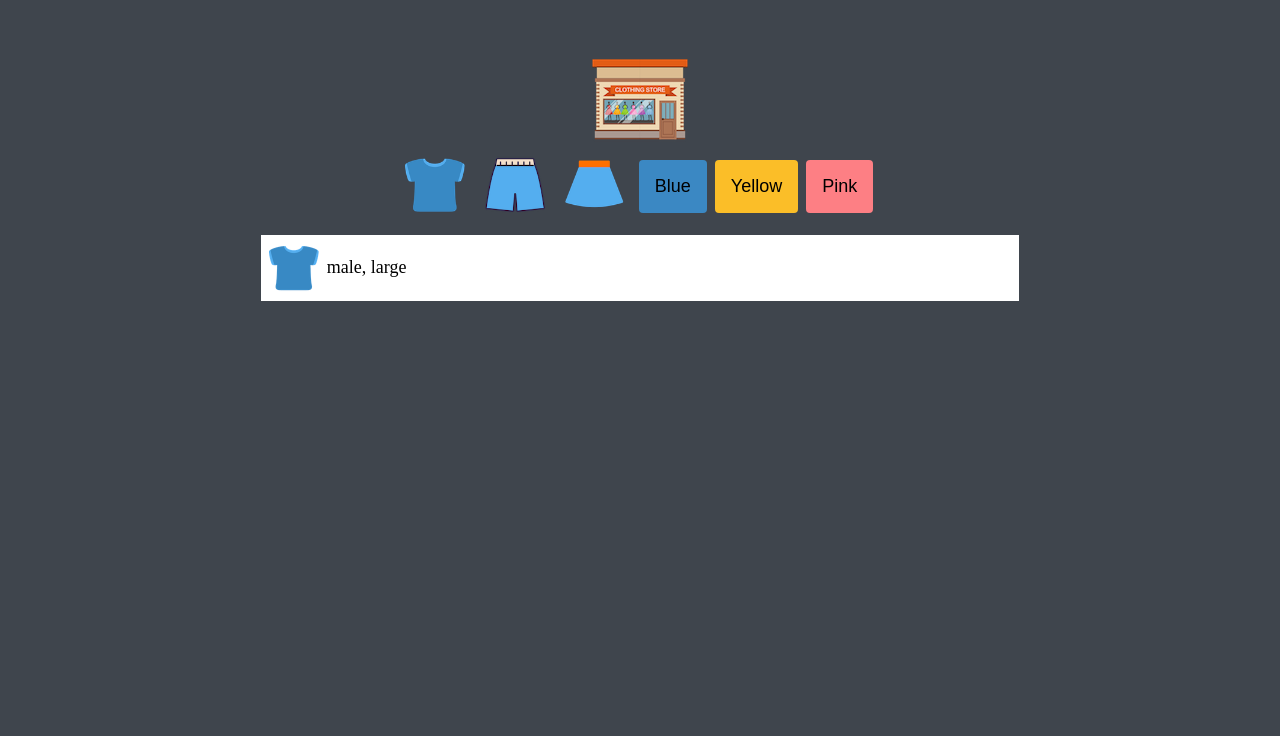
Repository: GoodHoneyCake/Dream_Coding_Academy1
Page: index.html
The author's editor kept a copy of each file at every save. The page is drawn from the files as they stood at one save, then again after the next save.
The browser window is 1280 px wide. The pictures show the whole page.

Above is the page before, as saved 2021-01-06 17:45:54.

### index.html
<!DOCTYPE html>
<html lang="en">
  <head>
    <meta charset="UTF-8" />
    <meta name="viewport" content="width=device-width, initial-scale=1.0" />
    <title>Online Shopping</title>
    <link rel="stylesheet" href="style.css" />
    <script src="src/main.js" defer></script>
  </head>
  <body>
    <!-- Logo -->
    <img src="img/logo.png" alt="Logo" class="logo" />
    <!-- Buttons -->
    <section class="buttons">
      <button class="btn">
        <img src="img/blue_t.png" alt="tshirt" class="imgBtn" />
      </button>
      <button class="btn">
        <img src="img/blue_p.png" alt="pants" class="imgBtn" />
      </button>
      <button class="btn">
        <img src="img/blue_s.png" alt="skirt" class="imgBtn" />
      </button>
      <button class="btn colorBtn blue">Blue</button>
      <button class="btn colorBtn yellow">Yellow</button>
      <button class="btn colorBtn pink">Pink</button>
    </section>
    <!-- Items -->
    <ul class="items">
      <li class="item">
        <img src="img/blue_t.png" alt="tshirt" class="item__thumbnail" />
        <span class="item__description">male, large</span>
      </li>
    </ul>
  </body>
</html>

### style.css
:root {
  /* color */
  --color-black: #3f454d;
  --color-white: #ffffff;
  --color-blue: #3b88c3;
  --color-yellow: #fbbe28;
  --color-pink: #fd7f84;
  --color-light-grey: #dfdfdf;

  /* size */
  --base-space: 8px;
  --size-button: 60px;
  --size-border: 4px;
  --size-thumbnail: 50px;
  --font-size: 18px;

  /* animation */
  --animation-duration: 300ms;
}

* {
  box-sizing: border-box;
}

body {
  height: 100vh;
  background-color: var(--color-black);
  display: flex;
  flex-direction: column;
  justify-content: center;
  align-items: center;
}

.logo {
  cursor: pointer;
  transition: transform var(--animation-duration) ease;
}

.btn {
  background-color: transparent;
  border: none;
  outline: none;
  cursor: pointer;
  transition: transform var(--animation-duration) ease;
  margin-right: var(--base-space);
}

.logo:hover,
.btn:hover {
  transform: scale(1.1);
}

.buttons {
  display: flex;
  align-items: center;
}

.imgBtn {
  width: var(--size-button);
  height: var(--size-button);
}

.colorBtn {
  font-size: var(--font-size);
  padding: calc(var(--base-space) * 2);
  border-radius: var(--size-border);
}

.blue {
  background-color: var(--color-blue);
}
.yellow {
  background-color: var(--color-yellow);
}
.pink {
  background-color: var(--color-pink);
}

.items {
  width: 60%;
  height: 60%;
  list-style: none;
  padding-left: 0;
  overflow-y: scroll;
}

.item {
  background-color: var(--color-white);
  display: flex;
  align-items: center;
  padding: var(--base-space);
  margin-bottom: var(--base-space);
}

.item__thumbnail {
  width: var(--size-thumbnail);
  height: var(--size-thumbnail);
}

.item__description {
  margin-left: var(--base-space);
  font-size: var(--font-size);
}

### src/main.js
// Fetch the items from the JSON file
function loadItems() {
  return fetch("data/data.json")
    .then((response) => response.json())
    .then((json) => json.items);
}

function displayItems(items) {
  const ul = document.querySelector("ul");
  const li = document.createElement("li");
}

// main
loadItems()
  .then((items) => {
    console.log(items);
    displayItems(items);
    // setEventListeners(items);
  })
  .catch(console.log);

### data/data.json
{
  "items": [
    {
      "type": "tshirt",
      "gender": "unisex",
      "size": "free",
      "color": "pink",
      "image": "../img/pink_t.png"
    },
    {
      "type": "pants",
      "gender": "unisex",
      "size": "free",
      "color": "pink",
      "image": "../img/pink_p.png"
    },
    {
      "type": "skirt",
      "gender": "unisex",
      "size": "free",
      "color": "pink",
      "image": "../img/pink_s.png"
    },
    {
      "type": "tshirt",
      "gender": "unisex",
      "size": "free",
      "color": "blue",
      "image": "../img/blue_t.png"
    },
    {
      "type": "pants",
      "gender": "unisex",
      "size": "free",
      "color": "blue",
      "image": "../img/blue_p.png"
    },
    {
      "type": "skirt",
      "gender": "unisex",
      "size": "free",
      "color": "blue",
      "image": "../img/blue_s.png"
    },
    {
      "type": "tshirt",
      "gender": "unisex",
      "size": "free",
      "color": "yellow",
      "image": "../img/yellow_t.png"
    },
    {
      "type": "pants",
      "gender": "unisex",
      "size": "free",
      "color": "yellow",
      "image": "../img/yellow_p.png"
    },
    {
      "type": "skirt",
      "gender": "unisex",
      "size": "free",
      "color": "yellow",
      "image": "../img/yellow_s.png"
    }
  ]
}

After the next save:
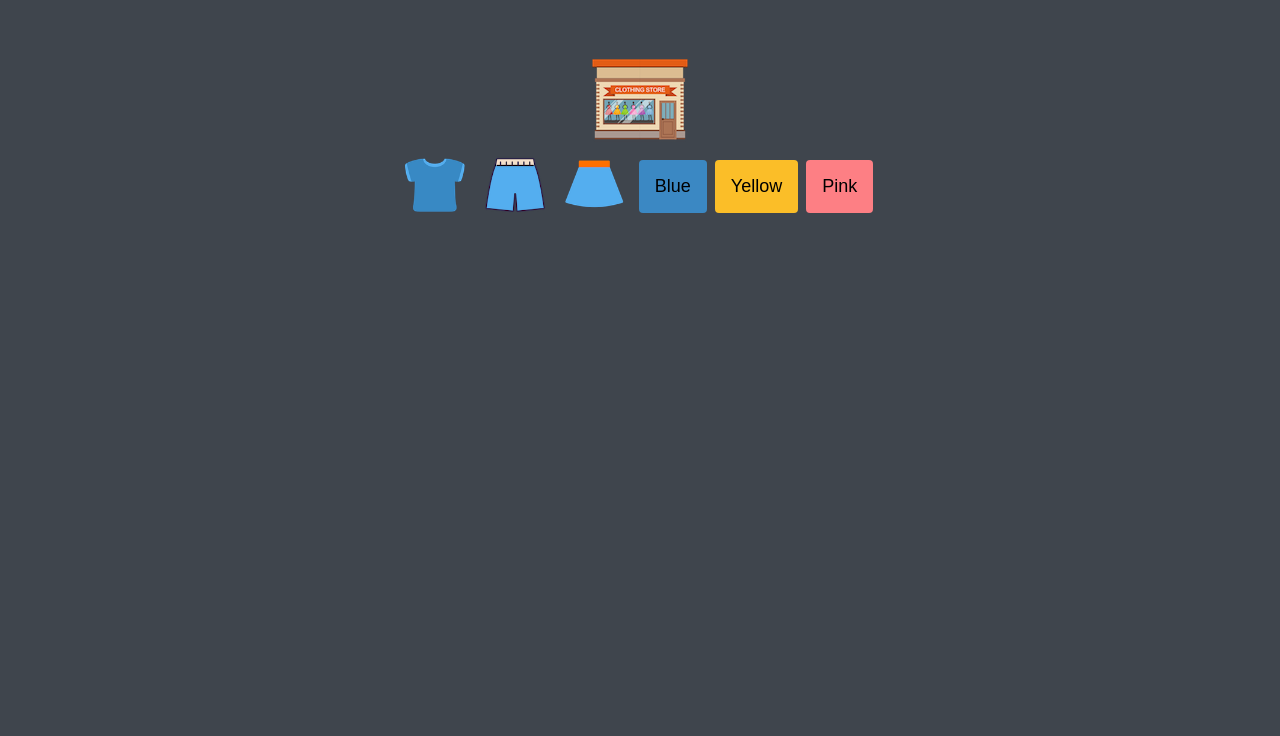
Saved 4 min 47 s later.
--- a/index.html
+++ b/index.html
@@ -26,11 +26,6 @@
       <button class="btn colorBtn pink">Pink</button>
     </section>
     <!-- Items -->
-    <ul class="items">
-      <li class="item">
-        <img src="img/blue_t.png" alt="tshirt" class="item__thumbnail" />
-        <span class="item__description">male, large</span>
-      </li>
-    </ul>
+    <ul class="items"></ul>
   </body>
 </html>
